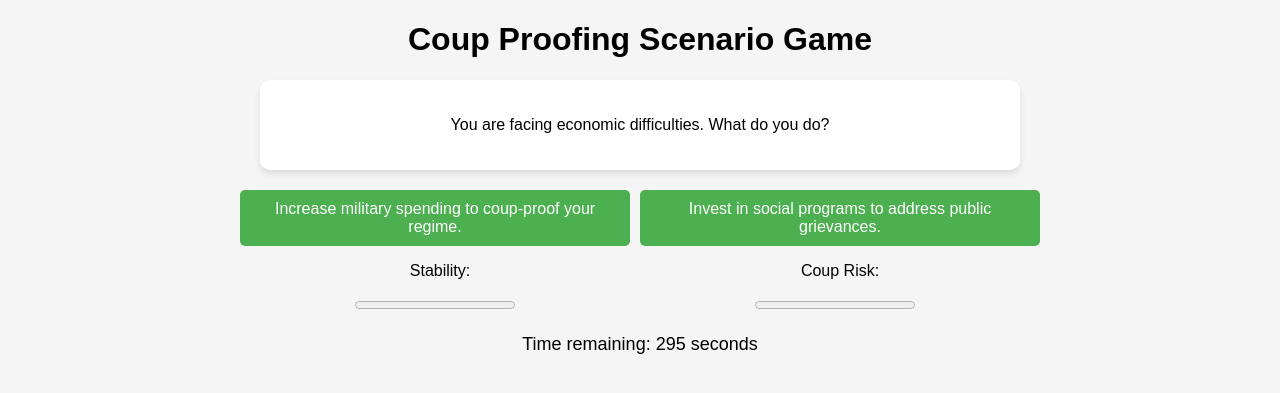
Repository: tyfeeney/Coup-Proofing-Alpha
Page: index.html
These files come from the project's save history. The page is drawn as it stood at one moment and after the next save; the edit follows.
The browser window is 1280 px wide. The pictures show the whole page.

Above is the page before, as saved 2023-04-25 21:47:32.

### index.html
<!DOCTYPE html>
<html lang="en">
<head>
  <meta charset="UTF-8">
  <meta name="viewport" content="width=device-width, initial-scale=1.0">
  <link rel="stylesheet" href="styles.css">
  <title>Coup Proofing Scenario Game</title>
</head>
<body>
  <div class="container">
    <h1>Coup Proofing Scenario Game</h1>
    <div class="card">
      <p class="statement"></p>
    </div>
    <div class="buttons">
      <button id="left-btn">Option 1</button>
      <button id="right-btn">Option 2</button>
    </div>


<div class="progress-container">
  <div>
    <p>Stability:</p>
    <progress id="stability-progress" value="0" max="30"></progress>
    <span id="stability-change" class="change"></span>
  </div>
  <div>
    <p>Coup Risk:</p>
    <progress id="coupRisk-progress" value="0" max="30"></progress>
    <span id="coupRisk-change" class="change"></span>
  </div>
</div>



    <div class="timer">
      Time remaining: <span id="time">300</span> seconds
    </div>
    <div class="ending" hidden>
      <p id="ending"></p>
    </div>
  </div>
  <script src="scripts.js"></script>
</body>
</html>

### styles.css
body {
    font-family: Arial, sans-serif;
    background-color: #f5f5f5;
  }

  .container {
    max-width: 800px;
    margin: 0 auto;
    text-align: center;
  }

  .card {
    background-color: white;
    padding: 20px;
    margin: 20px;
    border-radius: 10px;
    box-shadow: 0 4px 6px rgba(0, 0, 0, 0.1);
  }

  .buttons {
    display: flex;
    justify-content: center;
    gap: 10px;
  }

  button {
    background-color: #4CAF50;
    color: white;
    border: none;
    border-radius: 5px;
    padding: 10px 20px;
    font-size: 16px;
    cursor: pointer;
  }

  .progress-container {
    display: flex;
    justify-content: space-around;
    margin-bottom: 20px;
  }

  button:hover {
    background-color: #45a049;
  }

  .timer, .score {
    font-size: 18px;
    margin-top: 20px;
  }

@keyframes blinkRed {
    0% { background-color: #ff0000; }
    50% { background-color: transparent; }
    100% { background-color: #ff0000; }
  }

  @keyframes blinkGreen {
    0% { background-color: #00ff00; }
    50% { background-color: transparent; }
    100% { background-color: #00ff00; }
  }

  progress.blink-red {
    animation: blinkRed 2.5s 2;
  }

  progress.blink-green {
    animation: blinkGreen 3.5s 2;
  }

  .change {
    font-size: 14px;
    font-weight: bold;
    margin-left: 10px;
  }

  .change.increase {
    color: green;
  }

  .change.decrease {
    color: red;
  }

### scripts.js
const scenarios = [
  {
    question: 'You are facing economic difficulties. What do you do?',
    option1: 'Increase military spending to coup-proof your regime.',
    option2: 'Invest in social programs to address public grievances.',
    effect1: { stability: -1, coupRisk: -1 },
    effect2: { stability: 1, coupRisk: 1 }
  },
  {
    question: 'There is a growing opposition movement. How do you respond?',
    option1: 'Crack down on dissent and arrest opposition leaders.',
    option2: 'Engage in dialogue and address their concerns.',
    effect1: { stability: -1, coupRisk: -1 },
    effect2: { stability: 1, coupRisk: 1 }
  },
  {
    question: 'A neighboring country is experiencing a military coup. What is your course of action?',
    option1: 'Increase surveillance and strengthen internal security forces.',
    option2: 'Offer diplomatic assistance to the neighboring country.',
    effect1: { stability: 0, coupRisk: -1 },
    effect2: { stability: 0, coupRisk: 1 }
  },
  {
    question: 'Corruption is rampant in your administration. How do you address it?',
    option1: 'Purge the government and replace corrupt officials with loyalists.',
    option2: 'Implement anti-corruption measures and strengthen rule of law.',
    effect1: { stability: 0, coupRisk: -1 },
    effect2: { stability: 1, coupRisk: 0 }
  },
  {
    question: 'Your military is demanding higher salaries and better equipment. What do you do?',
    option1: 'Meet their demands to maintain loyalty.',
    option2: 'Deny their demands, fearing they might pose a threat.',
    effect1: { stability: 0, coupRisk: -1 },
    effect2: { stability: -1, coupRisk: 1 }
  },
  {
    question: 'You have discovered a coup plot within your military. What is your reaction?',
    option1: 'Arrest the conspirators and replace them with loyalists.',
    option2: 'Engage in dialogue with the plotters to understand their grievances.',
    effect1: { stability: 1, coupRisk: -2 },
    effect2: { stability: 0, coupRisk: 0 }
  },
  {
    question: 'A terrorist organization is threatening your regime. How do you respond?',
    option1: 'Increase cooperation with the military to address the threat.',
    option2: 'Strengthen internal security forces to counter the threat.',
    effect1: { stability: 1, coupRisk: 1 },
    effect2: { stability: 1, coupRisk: -1 }
  },
  {
    question: 'Protests have erupted in a major city. What is your course of action?',
    option1: 'Deploy the military to suppress the protests.',
    option2: 'Address the protesters’ concerns through negotiation and reforms.',
    effect1: { stability: -1, coupRisk: 0 },
    effect2: { stability: 1, coupRisk: 0 }
  },
  {
    question: 'There is a power struggle within your ruling party. How do you handle it?',
    option1: 'Consolidate power by sidelining rivals and promoting loyalists.',
    option2: 'Encourage dialogue and compromise within the party.',
    effect1: { stability: 0, coupRisk: -1 },
    effect2: { stability: 1, coupRisk: 0 }
  },
  {
    question: 'Your regime is facing international pressure over human rights abuses. What do you do?',
    option1: 'Ignore the pressure and maintain strict control over the population.',
    option2: 'Implement reforms to improve the human rights situation.',
    effect1: { stability: -1, coupRisk: -1 },
    effect2: { stability: 1, coupRisk: 1 }
  },
  {
    question: 'Your intelligence service has uncovered a foreign plot to destabilize your regime. How do you respond?',
    option1: 'Increase internal security measures and target foreign agents.',
    option2: 'Strengthen diplomatic ties with allies to counter the foreign threat.',
    effect1: { stability: 1, coupRisk: -1 },
    effect2: { stability: 1, coupRisk: 0 }
  },
  {
    question: 'There is a risk of a popular uprising inspired by events in other countries. What is your reaction?',
    option1: 'Implement preemptive reforms to address public grievances.',
    option2: 'Strengthen security forces to suppress any potential uprisings.',
    effect1: { stability: 1, coupRisk: 1 },
    effect2: { stability: -1, coupRisk: -1 }
  },
  {
    question: 'Your country is experiencing an economic boom. How do you allocate resources?',
    option1: 'Invest in the military to secure your regime.',
    option2: 'Invest in infrastructure and public services to improve living standards.',
    effect1: { stability: 1, coupRisk: -1 },
    effect2: { stability: 2, coupRisk: 1 }
  },
  {
    question: 'A powerful general is becoming increasingly popular. What do you do?',
    option1: 'Promote the general to a higher position to secure their loyalty.',
    option2: 'Sideline the general to prevent them from becoming a threat.',
    effect1: { stability: 0, coupRisk: -1 },
    effect2: { stability: -1, coupRisk: 1 }
  },
  {
    question: 'Your country is involved in an international conflict. How do you ensure internal stability?',
    option1: 'Rally the population around the conflict and maintain strong military support.',
    option2: 'Focus on diplomatic solutions and address internal issues.',
    effect1: { stability: 1, coupRisk: 0 },
    effect2: { stability: 1, coupRisk: 1 }
  }
];



const scenarioElem = document.querySelector('.statement');
const option1Btn = document.getElementById('left-btn');
const option2Btn = document.getElementById('right-btn');
const timerElem = document.getElementById('time');
const endingElem = document.getElementById('ending');

let currentIndex = 0;
let timeLeft = 300;
let stability = 0;
let coupRisk = 0;

function setScenario(index) {
  if (index >= scenarios.length) {
    showEnding();
    return;
  }
  scenarioElem.textContent = scenarios[index].question;
  option1Btn.textContent = scenarios[index].option1;
  option2Btn.textContent = scenarios[index].option2;
}

function chooseOption(option) {
  const scenario = scenarios[currentIndex];
  const effect = scenario[`effect${option}`];
  stability += effect.stability;
  coupRisk += effect.coupRisk;
  currentIndex++;
  setScenario(currentIndex);
}

function showEnding() {
  scenarioElem.remove();
  option1Btn.remove();
  option2Btn.remove();

  if (stability > 0 && coupRisk <= 0) {
    endingElem.textContent = 'Your country remains stable and avoids a coup.';
  } else if (stability <= 0 && coupRisk <= 0) {
    endingElem.textContent = 'Your country faces economic and political challenges but avoids a coup.';
  } else if (stability > 0 && coupRisk > 0) {
    endingElem.textContent = 'Your country experiences a coup despite relative stability.';
  } else {
    endingElem.textContent = 'Your country collapses due to instability and a coup.';
  }

  endingElem.hidden = false;
}

function updateProgressBars(stabilityChange, coupRiskChange) {
  const stabilityProgress = document.getElementById('stability-progress');
  const coupRiskProgress = document.getElementById('coupRisk-progress');
  stabilityProgress.value = stability + 15;
  coupRiskProgress.value = coupRisk + 15;

  const stabilityChangeElement = document.getElementById('stability-change');
  const coupRiskChangeElement = document.getElementById('coupRisk-change');

  stabilityChangeElement.textContent = stabilityChange > 0 ? `+${stabilityChange}` : stabilityChange;
  stabilityChangeElement.classList.toggle('increase', stabilityChange > 0);
  stabilityChangeElement.classList.toggle('decrease', stabilityChange < 0);

  coupRiskChangeElement.textContent = coupRiskChange > 0 ? `+${coupRiskChange}` : coupRiskChange;
  coupRiskChangeElement.classList.toggle('increase', coupRiskChange > 0);
  coupRiskChangeElement.classList.toggle('decrease', coupRiskChange < 0);

  setTimeout(() => {
    stabilityChangeElement.textContent = '';
    coupRiskChangeElement.textContent = '';
  }, 2000);
}

function chooseOption(option) {
  const scenario = scenarios[currentIndex];
  const effect = scenario[`effect${option}`];
  updateProgressBars(effect.stability, effect.coupRisk);
  stability += effect.stability;
  coupRisk += effect.coupRisk;
  currentIndex++;
  setScenario(currentIndex);
}


// Timer countdown
function startTimer() {
  const interval = setInterval(() => {
    timeLeft--;
    timerElem.textContent = timeLeft;
    if (timeLeft <= 0) {
      clearInterval(interval);
      showEnding();
    }
  }, 1000);
}

function displayEnding() {
  const endingElement = document.getElementById('ending');
  let message;

  if (stability > 0 && coupRisk <= 0) {
    message = 'Congratulations! Your country is stable and coup-proof.';
  } else if (stability <= 0 && coupRisk > 0) {
    message = 'Unfortunately, your country has collapsed due to instability and high coup risk.';
  } else if (stability <= 0 && coupRisk <= 0) {
    message = 'Your country is coup-proof, but it suffers from poor stability.';
  } else {
    message = 'Your country is stable, but it remains at risk of a coup.';
  }

  endingElement.textContent = message;
  endingElement.parentElement.hidden = false;
}

function setScenario(index) {
  if (index >= scenarios.length) {
    // Game over, save the stability and coupRisk values and redirect to the ending page
    localStorage.setItem('stability', stability);
    localStorage.setItem('coupRisk', coupRisk);
    window.location.href = 'ending.html';
    return;
  }
  const scenario = scenarios[index];
  const statementElement = document.querySelector('.statement');
  const leftButton = document.getElementById('left-btn');
  const rightButton = document.getElementById('right-btn');
  statementElement.textContent = scenario.question;
  leftButton.textContent = scenario.option1;
  rightButton.textContent = scenario.option2;
}



// Initialize game
function init() {
  setScenario(currentIndex);
  startTimer();

  option1Btn.addEventListener('click', () => {
    chooseOption(1);
  });

  option2Btn.addEventListener('click', () => {
    chooseOption(2);
  });
}



if (window.location.pathname.includes('ending.html')) {
  const stability = parseInt(localStorage.getItem('stability'), 10);
  const coupRisk = parseInt(localStorage.getItem('coupRisk'), 10);
  const endingElement = document.getElementById('ending');
  let message;

  if (stability > 0 && coupRisk <= 0) {
    message = 'Congratulations! Your country is stable and coup-proof.';
  } else if (stability <= 0 && coupRisk > 0) {
    message = 'Unfortunately, your country has collapsed due to instability and high coup risk.';
  } else if (stability <= 0 && coupRisk <= 0) {
    message = 'Your country is coup-proof, but it suffers from poor stability.';
  } else {
    message = 'Your country is stable, but it remains at risk of a coup.';
  }

  endingElement.textContent = message;
}
init();

After the next save:
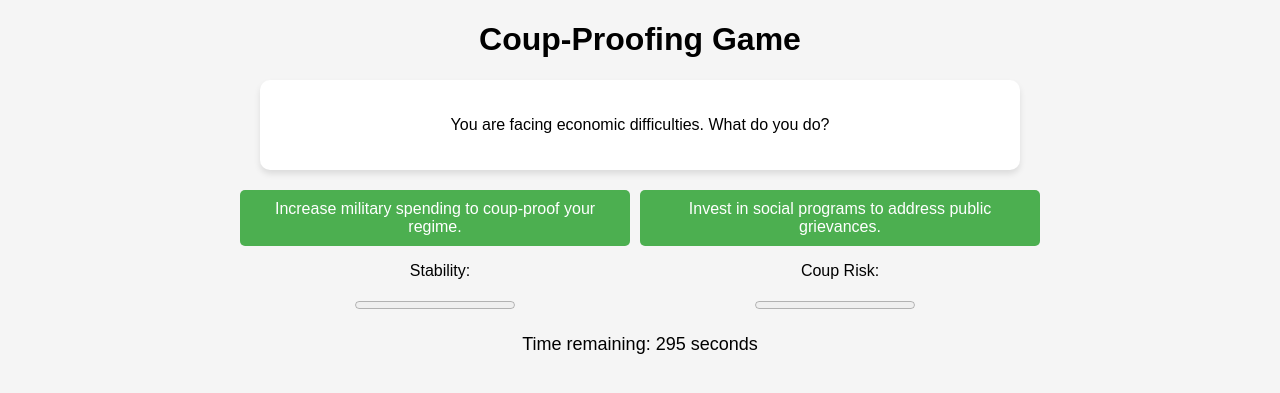
Saved 2 min 1 s later.
--- a/index.html
+++ b/index.html
@@ -4,11 +4,11 @@
   <meta charset="UTF-8">
   <meta name="viewport" content="width=device-width, initial-scale=1.0">
   <link rel="stylesheet" href="styles.css">
-  <title>Coup Proofing Scenario Game</title>
+  <title>Coup Proofing  Game</title>
 </head>
 <body>
   <div class="container">
-    <h1>Coup Proofing Scenario Game</h1>
+    <h1>Coup-Proofing Game</h1>
     <div class="card">
       <p class="statement"></p>
     </div>
